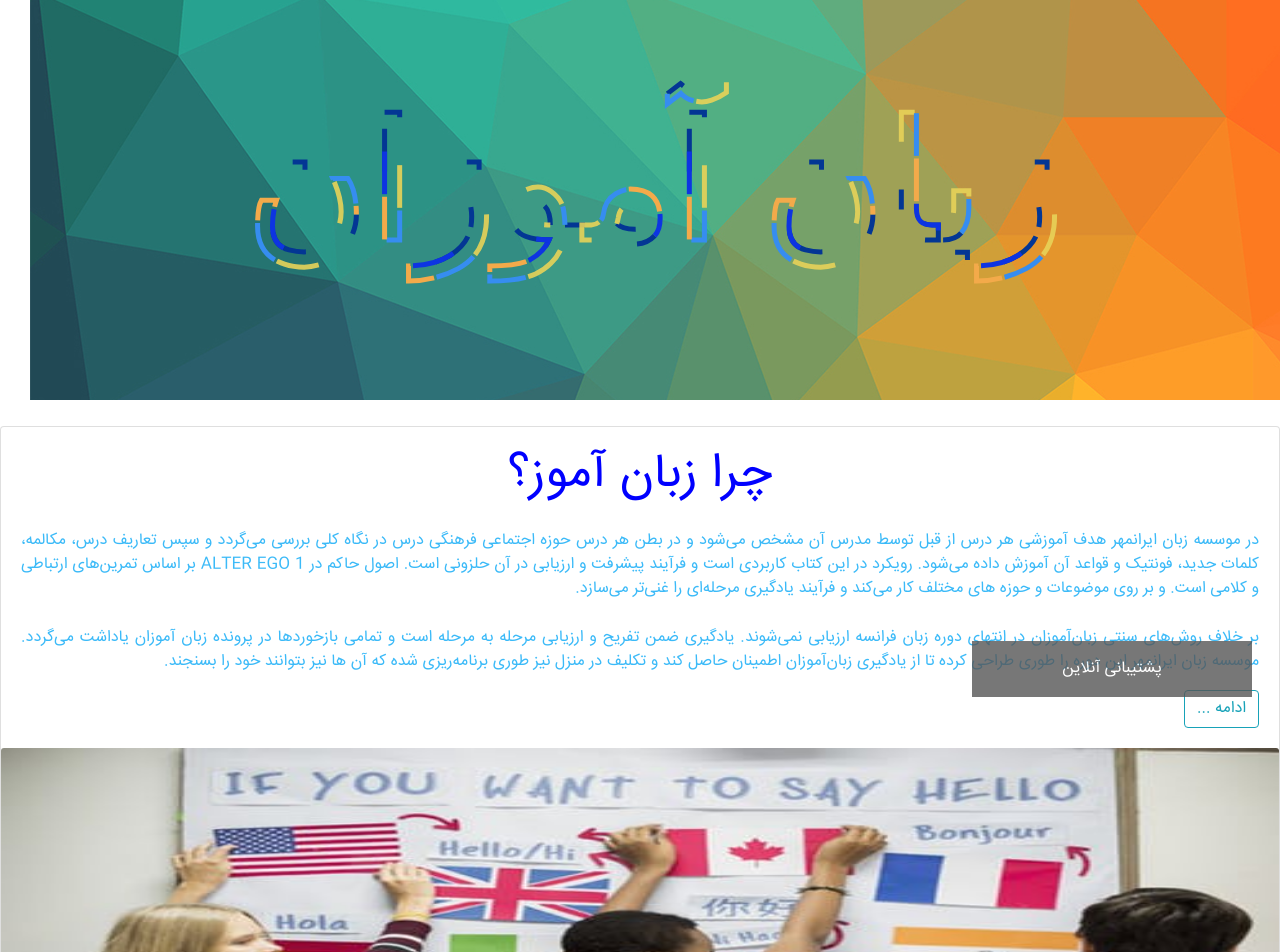
Repository: nikmahla/ZabanAmozan
Page: LanguageWebSite.html
These files come from the project's save history. The page is drawn as it stood at one moment and after a run of saves; the edit follows.
The browser window is 1280 px wide. The pictures show the part of the page from y = 0 to 952 px (the page is 3961 px tall).
A picture or video elsewhere on the page could not be fetched, so the positions and the page height are approximate.

Above is the page before, as saved 2019-10-11 21:58:46.
Console error: ReferenceError: $ is not defined

After the next 4 saves:
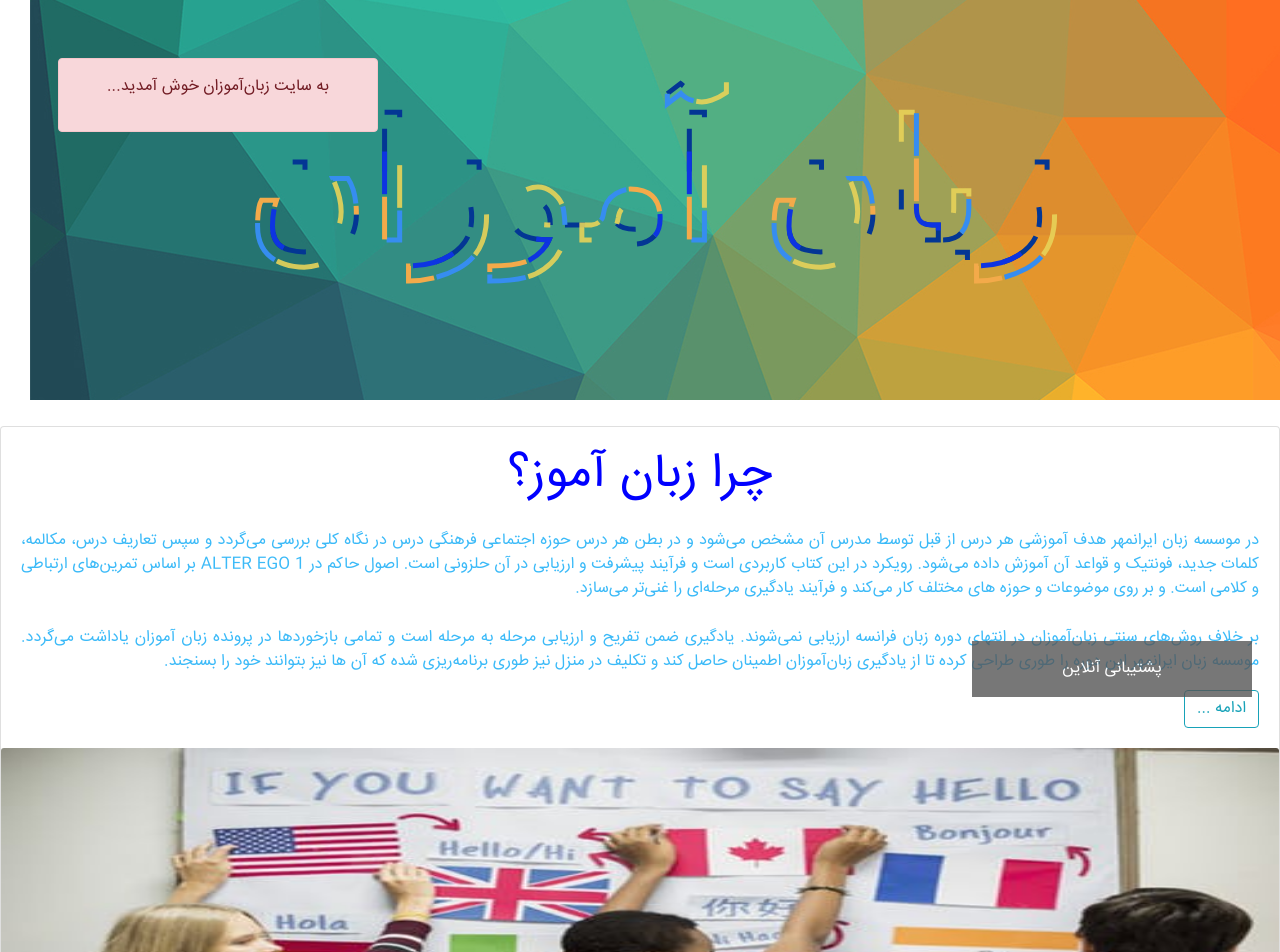
The error is gone.
The 4 saves are shown as one change because they came seconds apart.
The last was saved 13 s later.
--- a/LanguageWebSite.html
+++ b/LanguageWebSite.html
@@ -7,6 +7,7 @@
     <link rel="stylesheet" href="css/bootstrap.css">
     <link rel="stylesheet" href="css/stylesheet.css">
     <link rel="shortcut icon" href="images/fav.jpg" title="favicon">
+    <script src="jquery.min.js"></script>
     <title>Learn New Language</title>
 </head>
 
